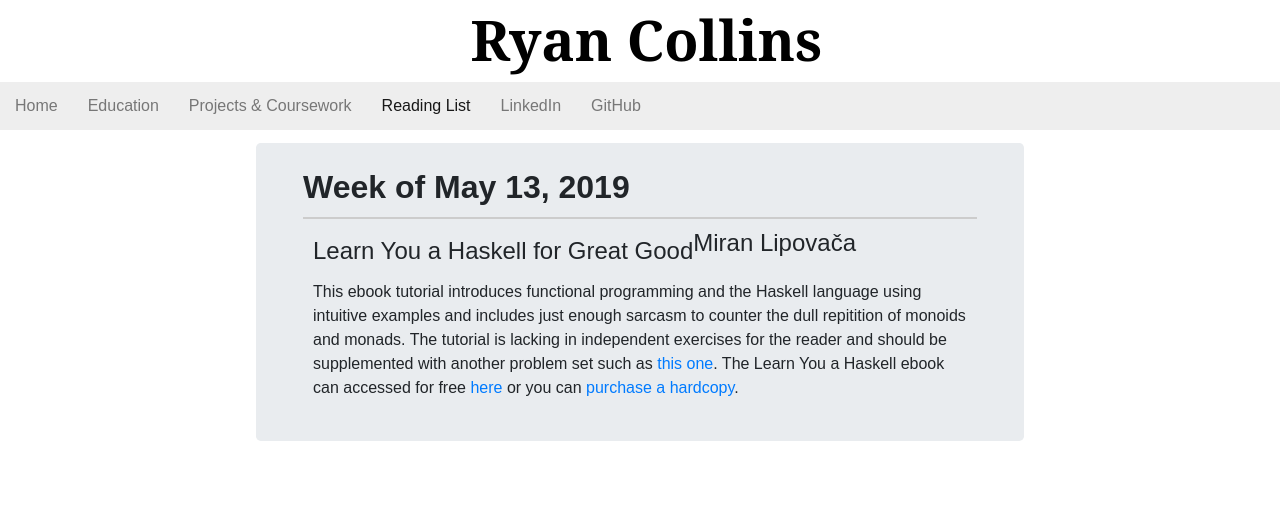
Repository: RyanMCollins/cs50
Page: pset5/homepage/readlist.html
The author's editor kept a record of every edit. The page is drawn from the files as they stood at one moment, then again after the next edit.
The browser window is 1280 px wide. The pictures show the whole page.

Above is the page before.

### pset5/homepage/readlist.html
<!DOCTYPE html>

<html lang="en">
    <head>
        <meta name="viewport" content="width=device-width, initial-scale=1, shrink-to-fit=no">
        <script src="https://code.jquery.com/jquery-3.3.1.slim.min.js" integrity="sha384-q8i/X+965DzO0rT7abK41JStQIAqVgRVzpbzo5smXKp4YfRvH+8abtTE1Pi6jizo" crossorigin="anonymous"></script>
        <script src="https://cdnjs.cloudflare.com/ajax/libs/popper.js/1.14.3/umd/popper.min.js" integrity="sha384-ZMP7rVo3mIykV+2+9J3UJ46jBk0WLaUAdn689aCwoqbBJiSnjAK/l8WvCWPIPm49" crossorigin="anonymous"></script>
        <script src="https://stackpath.bootstrapcdn.com/bootstrap/4.1.3/js/bootstrap.min.js" integrity="sha384-ChfqqxuZUCnJSK3+MXmPNIyE6ZbWh2IMqE241rYiqJxyMiZ6OW/JmZQ5stwEULTy" crossorigin="anonymous"></script>
        <link href="https://stackpath.bootstrapcdn.com/bootstrap/4.1.3/css/bootstrap.min.css" rel="stylesheet">
        <link href="styles.css" rel="stylesheet">
        <title>Reading List</title>
    </head>
    <body>
        <h1 id="site-title">
            <a href="/index">
                Ryan Collins
            </a>
        </h1>
        <nav class="navbar navbar-expand-lg navbar-light">
            <button class="navbar-toggler" type="button" data-toggle="collapse" data-target="#navbarSupportedContent"
            aria-controls="navbarSupportedContent" aria-expanded="false" aria-label="Toggle navigation">
                <span class="navbar-toggler-icon"></span>
            </button>

            <div class="collapse navbar-collapse" id="navbarSupportedContent">
                <div class="flex-even"></div>
                <div class="flex-even d-flex justify-content-center">
                    <ul class="navbar-nav" id="navbar-internal-links">
                      <li class="nav-item">
                        <a class="nav-link" href="/home">Home<span class="sr-only">(current)</span></a>
                      </li>
                      <li class="nav-item">
                        <a class="nav-link" href="/education">Education<span class="sr-only">(current)</span></a>
                      </li>
                      <li class="nav-item">
                        <a class="nav-link" href="/projects">Projects & Coursework<span class="sr-only">(current)</span></a>
                      </li>
                      <li class="nav-item active">
                        <a class="nav-link" href="/readlist">Reading List<span class="sr-only">(current)</span></a>
                      </li>
                    </ul>
                </div>
                <div class="flex-even d-flex justify-content-end">
                    <ul class="navbar-nav" id="navbar-external-links">
                      <li class="nav-item">
                        <a class="nav-link" target="_blank" href="https://linkedin.com/in/ryancollins2020">LinkedIn<span class="sr-only">(current)</span></a>
                      </li>
                      <li class="nav-item">
                        <a class="nav-link" target="_blank" href="https://github.com/RyanMCollins">GitHub<span class="sr-only">(current)</span></a>
                      </li>
                    </ul>
                </div>
            </div>
        </nav>
        <div class="jumbotron">
            <div class="container">
                <h2 class="main-header">
                    Week of May 13, 2019
                </h2>
                <div class="sub-division">
                    <div class="sub-division-header">
                        <h4 class="sub-division-title">
                        Learn You a Haskell for Great Good
                    </h4>
                    <h4>
                        Miran Lipovača
                    </h4>
                    </div>
                    <p>
                        This ebook tutorial introduces functional programming and the Haskell language using intuitive examples and includes
                        just enough sarcasm to counter the dull repitition of monoids and monads. The tutorial is lacking in independent
                        exercises for the reader and should be supplemented with another problem set such as
                        <a href="https://github.com/data61/fp-course">this one</a>. The Learn You a Haskell ebook can accessed for free
                        <a href="http://learnyouahaskell.com/chapters">here</a> or you can
                        <a href="https://nostarch.com/lyah.htm">purchase a hardcopy</a>.
                    </p>
                </div>
            </div>
        </div>
    </body>
</html>

### pset5/homepage/styles.css
body {
    font-size: 14;
    font-family: "Arial";
    min-height: 100vh;
}

#site-title {
    text-align: center;
    font-size: 350%;
    font-family: "Georgia";
    font-weight: bold;
    color: #000000;
    padding-left: 1%;
    padding-bottom: .7%;
    padding-top: .45%;
    margin: 0;
}

@media  screen and (max-width: 368px) {
    #site-title {
        font-size: 200%;
    }
}

#site-title a {
    color: inherit;
    text-decoration: none;
}

.navbar {
    padding: 0;
    /*padding: 0 1%;*/
    background-color: #eee;
}

.flex-break.flex-small {
    flex: 1;
}

.flex-break.flex-large {
    flex: 2;
}

@media  screen and (max-width: 990px) {
    .flex-break.flex-large, .flex-break.flex-small {
        justify-content: flex-start!important;
    }
}

.nav-item {
    padding: 0 5px;
    margin: 4px 2px;
}

.jumbotron {
    margin: 1% 20%;
    padding-top: 2%;
    padding-bottom: 5px;
}

.main-header {
    font-size: 200%;
    font-weight: bold;
}

.sub-division {
    border-top: solid #cccccc 2px;
    margin-top: 10px;
    margin-bottom: 10px;
    padding: 10px;
}

.sub-division-header {
    display: flex;
    padding-bottom: 15px;
}

.sub-division-title {
    font-size: 24px;
    float: left;
    margin-bottom: 0px;
    margin-top: auto;
}

.sub-division-appendice {
    font-size: 18px;
    margin-bottom: 0px;
    margin-top: auto;
}

.sub-division-appendice.date {
    margin-right: 0px;
    margin-left: auto;
}

.sub-division-author {
    font-size: 20px;
    padding-bottom: 10px;
}

After the next edit:
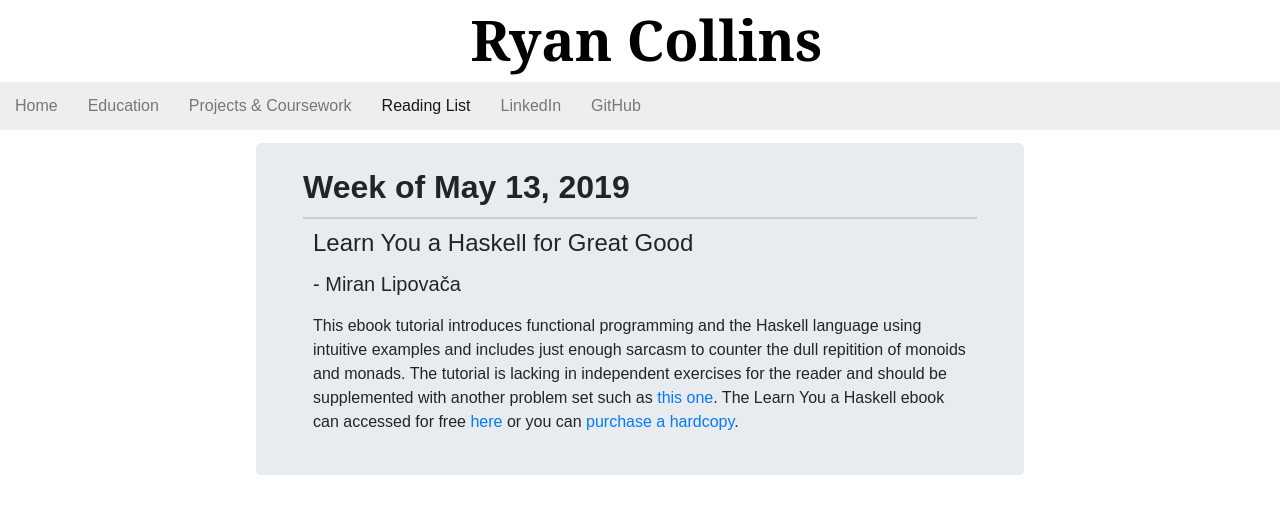
The edit:
--- a/pset5/homepage/readlist.html
+++ b/pset5/homepage/readlist.html
@@ -60,12 +60,13 @@
                 <div class="sub-division">
                     <div class="sub-division-header">
                         <h4 class="sub-division-title">
-                        Learn You a Haskell for Great Good
+                            Learn You a Haskell for Great Good
+                        </h4>
+
+                    </div>
+                    <h4 class="sub-division-author">
+                        - Miran Lipovača
                     </h4>
-                    <h4>
-                        Miran Lipovača
-                    </h4>
-                    </div>
                     <p>
                         This ebook tutorial introduces functional programming and the Haskell language using intuitive examples and includes
                         just enough sarcasm to counter the dull repitition of monoids and monads. The tutorial is lacking in independent
